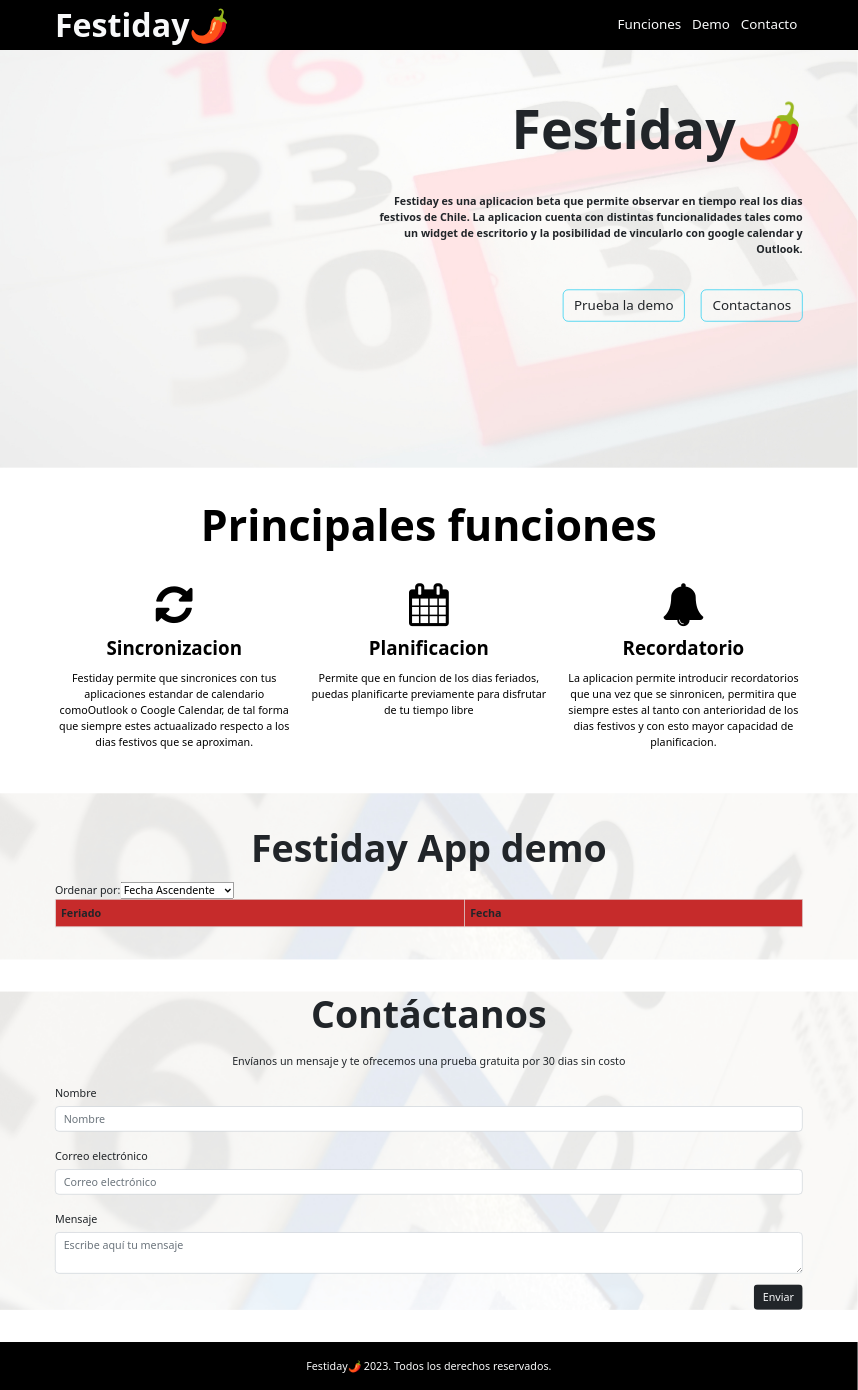
Repository: cvalenciapatagonia/Desafio-4-React-I
Page: /
These files come from the project's save history. The page is drawn as it stood at one moment and after the next save; the edit follows.
The browser window is 1280 px wide. The pictures show the whole page, at 67% of full size.
The page's requests for data from a server got no answer. The project was rebuilt for these pictures with package versions that can differ from the ones it lists, and the page was loaded fresh each time. No one was signed in, and anything a server would have sent is missing. Also part of the build but not shown: vite.config.js, src/App.css.

Above is the page before, as saved 2023-09-08 16:13:37.

### index.html
<!doctype html>
<html lang="en">
  <head>
    <meta charset="UTF-8" />
    <link rel="icon" type="image/svg+xml" href="/vite.svg" />
    <meta name="viewport" content="width=device-width, initial-scale=1.0" />
    <title>Desafio 4 React I</title>
  </head>
  <body>
    <div id="root">


    </div>
    <script type="module" src="/src/main.jsx"></script>
  </body>
</html>

### src/main.jsx

import React from 'react'
import ReactDOM from 'react-dom/client'
import App from './App.jsx'

import './index.css'


ReactDOM.createRoot(document.getElementById('root')).render(
  <React.StrictMode>
    <App />
  </React.StrictMode>,
)

### src/App.jsx
import React, { useState } from "react";
import "bootstrap-icons/font/bootstrap-icons.css";
import "font-awesome/css/font-awesome.css";
import "./App.css";
import "bootstrap/dist/css/bootstrap.min.css";
import MiApi from "./components/MiApi";
import Buscador from "./components/Buscador";

function App() {
  const [sortOption, setSortOption] = useState("asc"); // Estado para almacenar la opción de ordenamiento

  return (
    <div className="App">
      <header>
        {/* BARRA DE NAVEGACION */}
        <nav className="navbar navbar-expand-lg navbar-dark fixed-top navbar-custom">
          <div className="container">
            <p className="display-5 fw-bold text-light logo-img">
              Festiday🌶️ {/* El signo agregado significa "cursando" */}
            </p>{" "}
            <button
              className="navbar-toggler"
              type="button"
              data-bs-toggle="collapse"
              data-bs-target="#navbarTogglerDemo01"
              aria-controls="navbarTogglerDemo01"
              aria-expanded="false"
              aria-label="Toggle navigation"
            >
              <span className="navbar-toggler-icon"></span>
            </button>
            <div className="collapse navbar-collapse" id="navbarTogglerDemo01">
              <a className="navbar-brand" href="#"></a>
              <ul className="navbar-nav ms-auto mb-2 mb-lg-0 fs-5">
                <li className="nav-item">
                  <a
                    className="nav-link active text-light"
                    aria-current="page"
                    href="#Acerca-de-mi"
                  >
                    Funciones
                  </a>
                </li>
                <li className="nav-item">
                  <a
                    className="nav-link active text-light"
                    href="#Mis-proyectos"
                  >
                    Demo
                  </a>
                </li>
                <li className="nav-item">
                  <a className="nav-link active text-light" href="#Contacto">
                    Contacto
                  </a>
                </li>
              </ul>
            </div>
          </div>
        </nav>
        {/* Fin de la barra de navegación */}
      </header>

      <section id="Hero-Section" className="text-dark text-end py-5 mt-5">
        <div className="container">
          <div className="ms-auto col-12 col-md-7">
            <h1 className="display-1 fw-bold my-5">
              Festiday🌶️ {/* El signo agregado significa "cursando" */}
            </h1>
            <p className="my-5 fw-bold">
              Festiday es una aplicacion beta que permite observar en tiempo
              real los dias festivos de Chile. La aplicacion cuenta con
              distintas funcionalidades tales como un widget de escritorio y la
              posibilidad de vincularlo con google calendar y Outlook.
            </p>
            <div className="mb-5 pb-5">
              <a
                className="btn btn-lg btn-outline-info text-dark me-4"
                href="#Mis-proyectos"
              >
                Prueba la demo
              </a>
              <a
                className="btn btn-lg btn-outline-info text-dark"
                href="#Contacto"
              >
                Contactanos
              </a>
            </div>
          </div>
        </div>
      </section>

      {/* ACERCA DE MI */}
      <section id="Acerca-de-mi" className="container text-center my-5">
        <h2 className="display-3 fw-bold my-4 mb-5">Principales funciones</h2>

        <div className="row">
          <div className="col-12 col-md-4">
            <i className="fa fa-refresh fa-4x"></i>
            <h3 className="my-3 fw-bold">Sincronizacion</h3>
            <p className="my-3">
              Festiday permite que sincronices con tus aplicaciones estandar de
              calendario comoOutlook o Coogle Calendar, de tal forma que siempre
              estes actuaalizado respecto a los dias festivos que se aproximan.
            </p>
          </div>
          <div className="col-12 col-md-4">
            <i className="fa fa-calendar fa-4x"></i>
            <h3 className="my-3 fw-bold">Planificacion</h3>
            <p className="my-3">
              Permite que en funcion de los dias feriados, puedas planificarte
              previamente para disfrutar de tu tiempo libre
            </p>
          </div>
          <div className="col-12 col-md-4">
            <i className="fa fa-bell fa-4x"></i>
            <h3 className="my-3 fw-bold">Recordatorio</h3>
            <p className="my-3">
              La aplicacion permite introducir recordatorios que una vez que se
              sinronicen, permitira que siempre estes al tanto con anterioridad
              de los dias festivos y con esto mayor capacidad de planificacion.
            </p>
          </div>
        </div>
      </section>
      {/* Fin de ACERCA DE MI */}

      {/* MIS PROYECTOS */}
      <section id="Mis-proyectos" className="my-5 p-5">
        <div className="container">
          <h2 className="display-4 fw-bold text-center text-dark mb-3">
            Festiday App demo
          </h2>
          <Buscador onSortChange={setSortOption} />
          <MiApi
            apiURL="https://api.victorsanmartin.com/feriados/en.json"
            sortOption={sortOption}
          />

          <div className="row"></div>
        </div>
      </section>
      {/* Fin de MIS PROYECTOS */}

      {/* CONTACTAME */}
      <section id="contact-container">
        <div className="form-container container my-5">
          <h2 className="display-4 fw-bold text-center my-4">Contáctanos</h2>

          <p className="text-center my-4 d-none d-md-block">
            Envíanos un mensaje y te ofrecemos una prueba gratuita por 30 dias
            sin costo
          </p>

          <form>
            <div className="form-group mb-4">
              <label className="mb-2">Nombre</label>
              <input className="form-control" placeholder="Nombre" />
            </div>

            <div className="form-group mb-4">
              <label className="mb-2">Correo electrónico</label>
              <input
                className="form-control"
                placeholder="Correo electrónico"
              />
            </div>

            <div className="form-group">
              <label className="mb-2">Mensaje</label>
              <textarea
                className="form-control"
                placeholder="Escribe aquí tu mensaje"
              ></textarea>
            </div>

            <div className="my-3 text-end">
              <button className="btn bg-dark text-light">Enviar</button>
            </div>
          </form>
        </div>
      </section>
      {/* Fin de CONTACTAME */}

      {/* FOOTER */}
      <footer className="text-center text-light p-4">
        <p className="mb-0">Festiday🌶️ 2023. Todos los derechos reservados.</p>
      </footer>
      {/* Fin de FOOTER */}
    </div>
  );
}

export default App;

{
  /* <h1>Feriados en Chile</h1> */
}
{
  /* Pasa el estado y la función de cambio de ordenamiento al componente Buscador */
}

### src/index.css
h1 {
  font-size: 3.2em;
  line-height: 1.1;
}

table {
  width: 100%;
  border-collapse: collapse;
}

table th,
table td {
  text-align: start;
  padding: 8px;
  border: 1px solid #ddd;
}

table th {
  background-color: rgb(198, 43, 43);
  font-weight: bold;
}

.navbar-custom {
  background-color: rgb(0, 0, 0);
}

.logo-img {
  margin: 0;
  padding: 0;
}

@media (max-width: 576px) {
  .img-logo {
    height: 150px;
    width: 250px;
  }
}

#Hero-Section {
  background-repeat: no-repeat;
  background-size: cover;
  background-position: left;
  height: 650px;
  background-image: url(./assets/img/bg1.jpg);
}


#Acerca-de-mi {
  color: black;
}

#contact-container {
  background-image: url(./assets/img/bg2.jpg);
  background-repeat: no-repeat;
  background-size: cover;
  background-position: left;

}

#Mis-proyectos{
  background-image: url(./assets/img/bg2.jpg);
  background-repeat: no-repeat;
  background-size: cover;
  background-position: left;
}

footer {
  background-color: black;
}

.button-custom {
  background-color: black;
}

.subtitulo2 {
  display: inline;
  font-size: 2em;
}

@media only screen and (max-width: 576px) {
  .subtitulo2 {
    font-size: 1.2rem;
    line-height: 1.2;
  }
}

### src/components/MiApi.jsx
import React, { useEffect, useState } from 'react';
import moment from 'moment';

function MiApi({ apiURL, sortOption }) {
  const [holidays, setHolidays] = useState([]);
  const [sortedHolidays, setSortedHolidays] = useState([]);

  useEffect(() => {
    fetch(apiURL)
      .then((response) => response.json())
      .then((data) => {
        if (data.status === 'success') {
          setHolidays(data.data);
        }
      })
      .catch((error) => {
        console.error('Error al obtener datos de la API de feriados de Chile:', error);
      });
  }, [apiURL]);

  useEffect(() => {
    const sortHolidays = () => {
      const sorted = [...holidays];
      if (sortOption === 'asc') {
        sorted.sort((a, b) => moment(a.date).diff(moment(b.date)));
      } else if (sortOption === 'desc') {
        sorted.sort((a, b) => moment(b.date).diff(moment(a.date)));
      } else if (sortOption === 'month') {
        sorted.sort((a, b) => moment(a.date).month() - moment(b.date).month());
      }
      setSortedHolidays(sorted);
    };

    sortHolidays();
  }, [sortOption, holidays]);

  return (
    <div className="MiApi">
      <table>
        <thead>
          <tr>
            <th>Feriado</th>
            <th>Fecha</th>
          </tr>
        </thead>
        <tbody>
          {sortedHolidays.map((holiday) => (
            <tr key={holiday.date}>
              <td>{holiday.title}</td>
              <td>{holiday.date}</td>
            </tr>
          ))}
        </tbody>
      </table>
    </div>
  );
}

export default MiApi;

### src/components/Buscador.jsx
import React, { useState } from 'react';

function Buscador({ onSortChange }) {
  const [sortOption, setSortOption] = useState('asc'); // Opción de ordenamiento predeterminada

  const handleSortChange = (e) => {
    const selectedOption = e.target.value;
    setSortOption(selectedOption);
    onSortChange(selectedOption);
  };

  return (
    <div className="Buscador">
      <label htmlFor="sortSelect">Ordenar por:</label>
      <select id="sortSelect" value={sortOption} onChange={handleSortChange}>
        <option value="asc">Fecha Ascendente</option>
        <option value="desc">Fecha Descendente</option>
        <option value="month">Por Mes</option>
      </select>
    </div>
  );
}

export default Buscador;

After the next save:
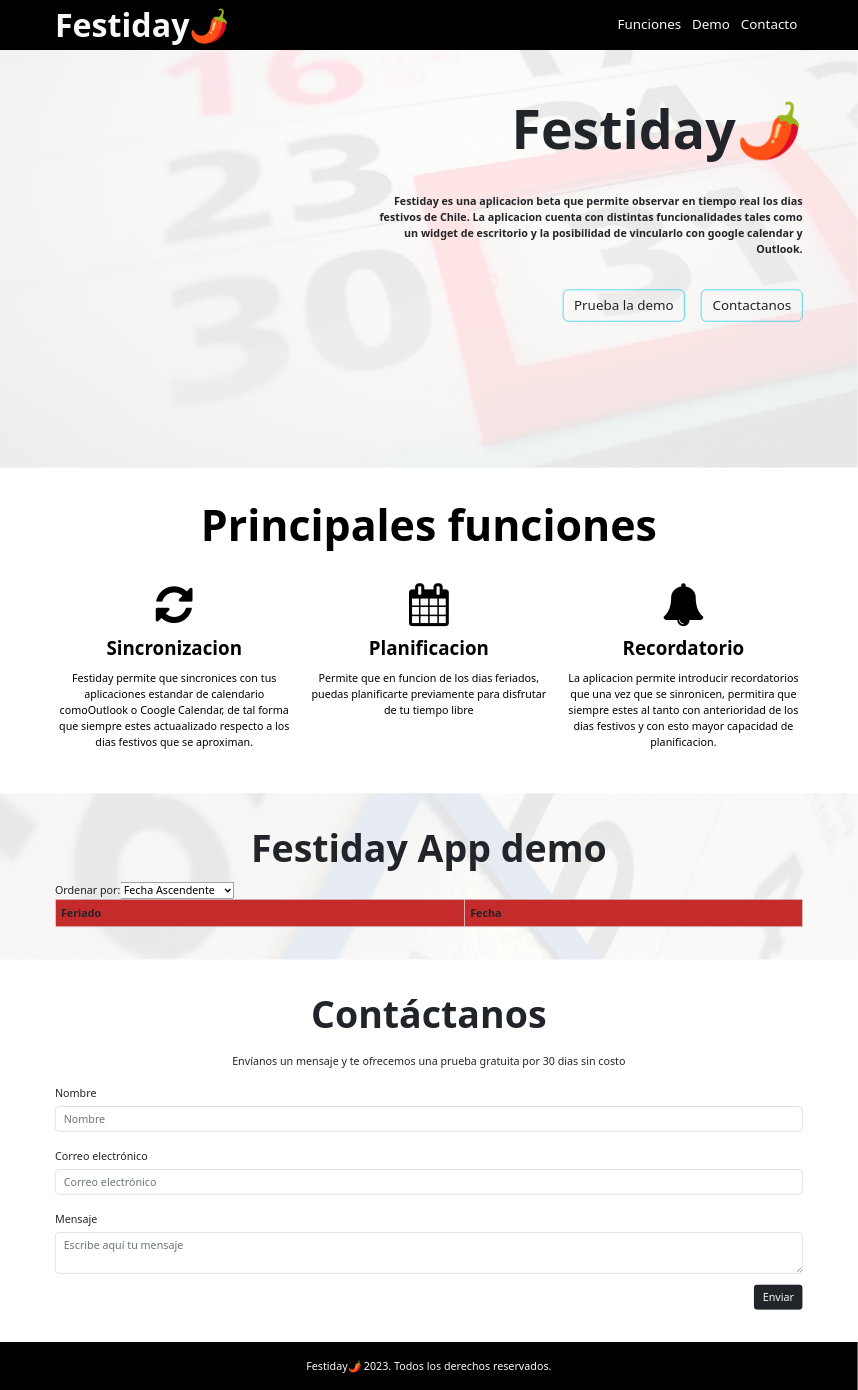
Saved 12 s later.
--- a/src/index.css
+++ b/src/index.css
@@ -49,14 +49,6 @@
   color: black;
 }
 
-#contact-container {
-  background-image: url(./assets/img/bg2.jpg);
-  background-repeat: no-repeat;
-  background-size: cover;
-  background-position: left;
-
-}
-
 #Mis-proyectos{
   background-image: url(./assets/img/bg2.jpg);
   background-repeat: no-repeat;
